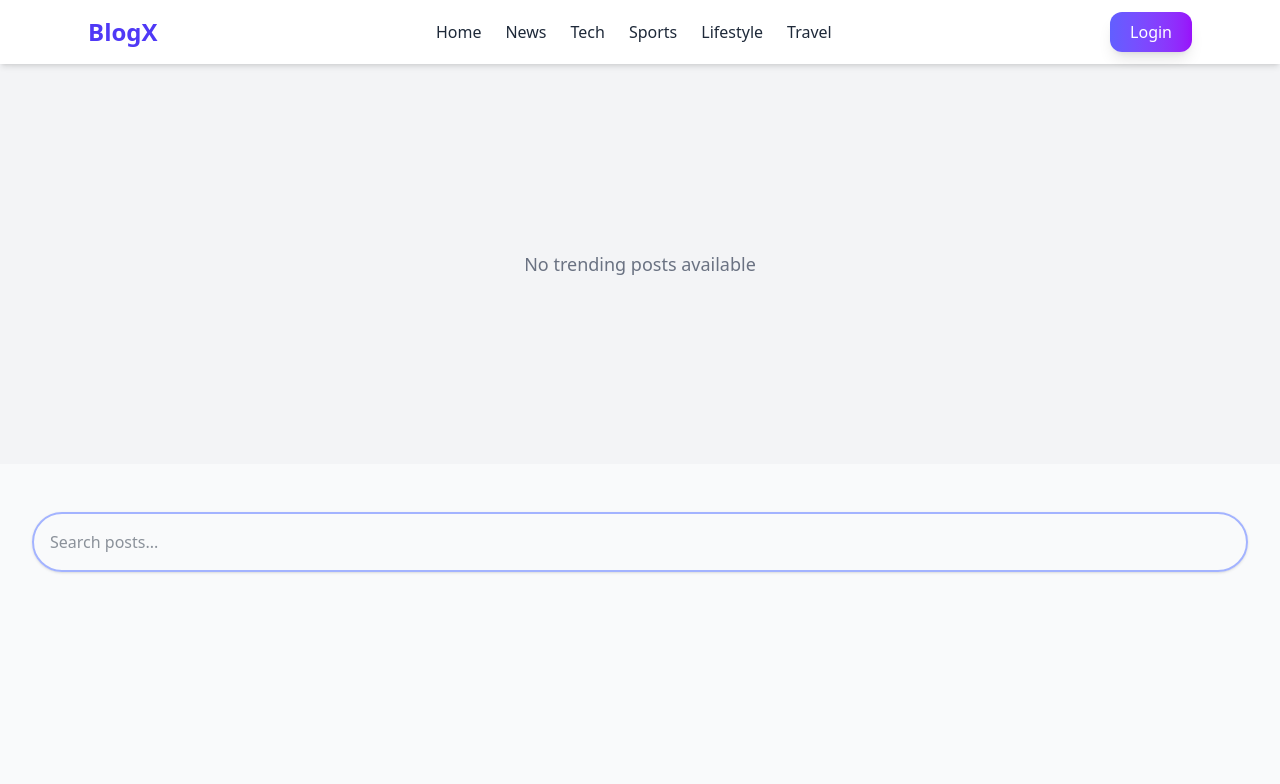
Repository: kundanchouhan12/BlogX
Page: / (app in blogx-Frontend/)
These files come from the project's save history. The page is drawn as it stood at one moment and after the next save; the edit follows.
The browser window is 1280 px wide. The pictures show the whole page.
The page's requests for data from a server got no answer. The project was rebuilt for these pictures with package versions that can differ from the ones it lists, and the page was loaded fresh each time. No one was signed in, and anything a server would have sent is missing. Also part of the build but not shown: blogx-Frontend/vite.config.js, blogx-Frontend/src/pages/Login.jsx, blogx-Frontend/src/pages/Signup.jsx, blogx-Frontend/src/pages/CreatePost.jsx, blogx-Frontend/src/components/PrivateRoute.jsx, blogx-Frontend/src/pages/BlogDetails.css, blogx-Frontend/src/pages/BlogDetails.jsx, blogx-Frontend/src/pages/EditPost.jsx.

Above is the page before, as saved 2025-09-19 19:39:12.

After the next save:
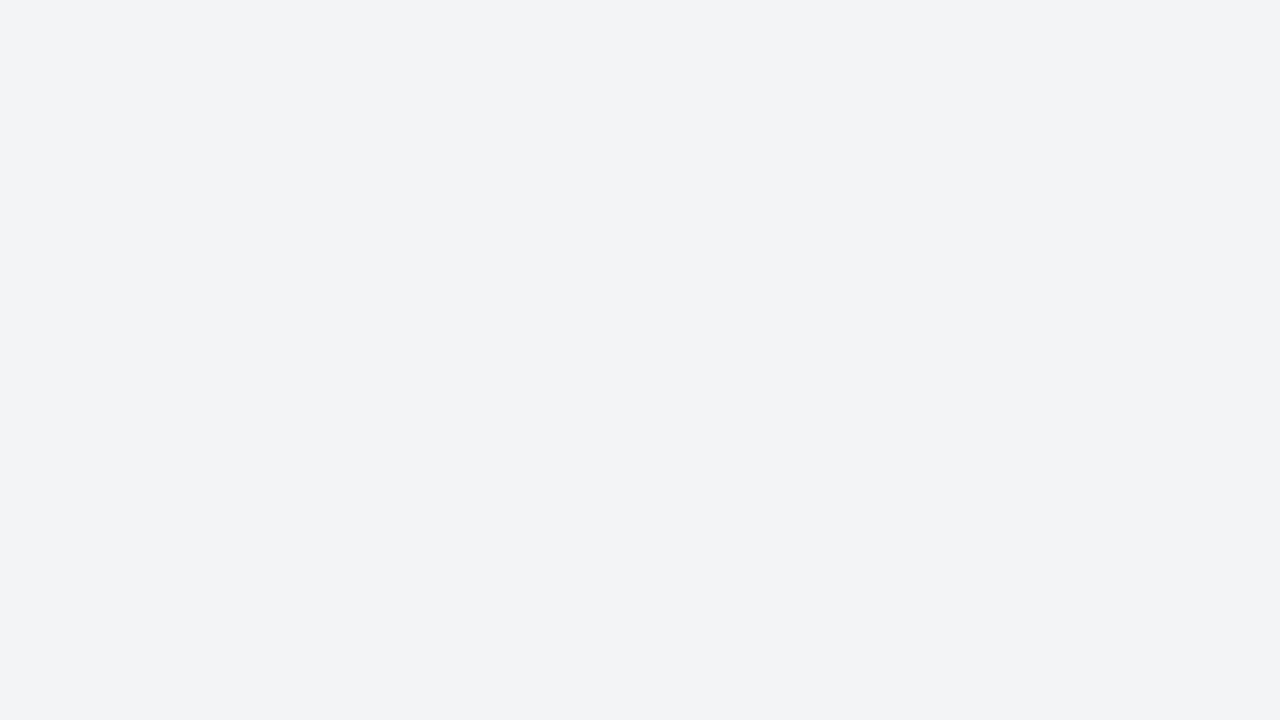
Console error: ReferenceError: Link is not defined
Saved 4 min 5 s later.
--- a/blogx-Frontend/src/pages/Home.jsx
+++ b/blogx-Frontend/src/pages/Home.jsx
@@ -158,7 +158,7 @@
           </div>
         )}
       </div>
+        <Footer />
     </div>
   );
-  <Footer />
 }

After the 2 saves that followed:
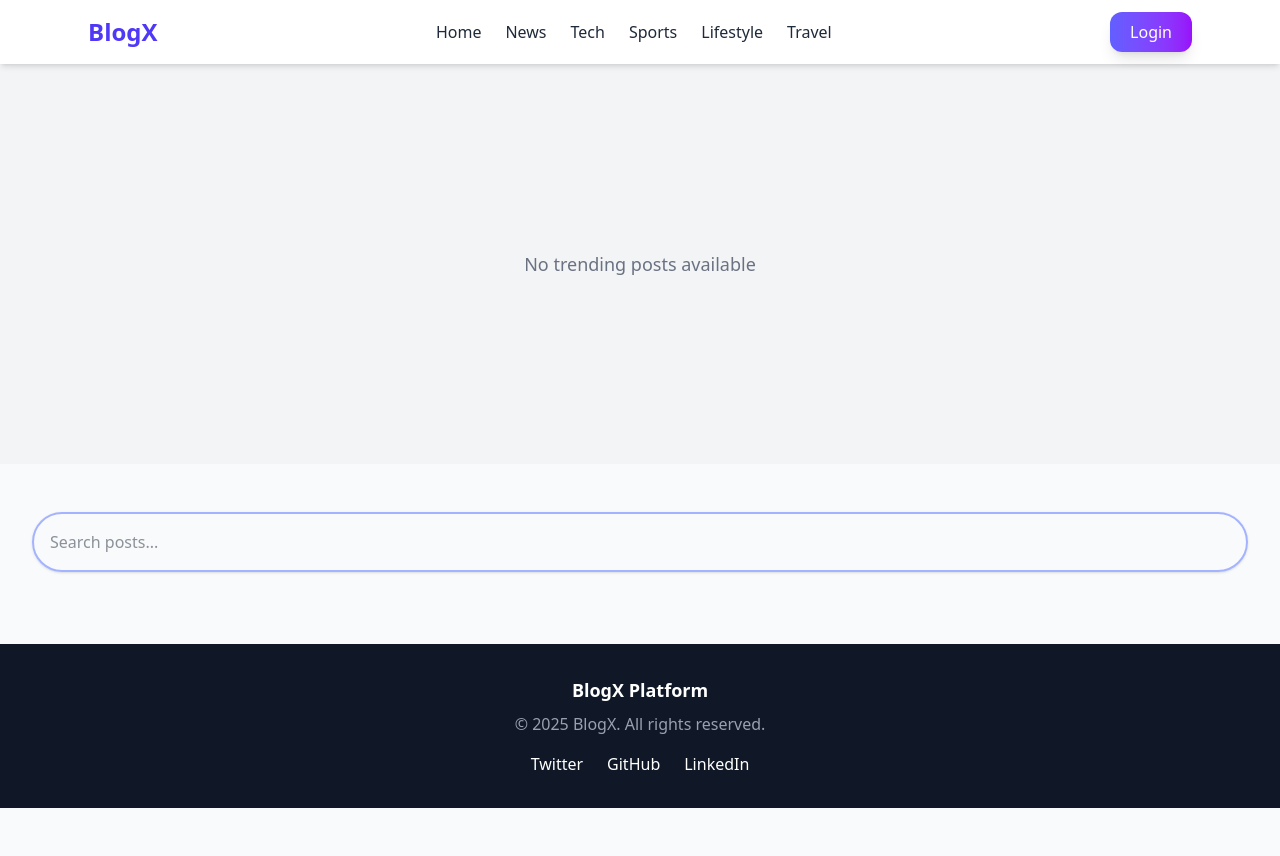
The error is gone.
The 2 saves are shown as one change because 1 left the picture as it was.
The last was saved 2 min 44 s later.
--- a/blogx-Frontend/src/pages/Home.jsx
+++ b/blogx-Frontend/src/pages/Home.jsx
@@ -158,7 +158,8 @@
           </div>
         )}
       </div>
-        <Footer />
+              <Footer />
+
     </div>
   );
 }
--- a/blogx-Frontend/src/components/Footer.jsx
+++ b/blogx-Frontend/src/components/Footer.jsx
@@ -1,56 +1,19 @@
 import React from "react";
 
-const Footer = () => {
+export default function Footer() {
   return (
-    <div>
-      <footer className="mt-16 bg-indigo-700 text-white">
-        <div className="max-w-7xl mx-auto px-6 py-10 grid grid-cols-1 md:grid-cols-3 gap-8">
-          <div>
-            <h3 className="text-xl font-bold mb-2">MyBlog</h3>
-            <p className="text-sm text-indigo-100">
-              Discover stories, share ideas, and connect with the world.
-            </p>
-          </div>
-
-          <div>
-            <h4 className="text-lg font-semibold mb-2">Quick Links</h4>
-            <ul className="space-y-1 text-sm">
-              <li>
-                <Link to="/" className="hover:underline">
-                  Home
-                </Link>
-              </li>
-              <li>
-                <Link to="/create" className="hover:underline">
-                  Create Post
-                </Link>
-              </li>
-              <li>
-                <Link to="/login" className="hover:underline">
-                  Login
-                </Link>
-              </li>
-              <li>
-                <Link to="/signup" className="hover:underline">
-                  Signup
-                </Link>
-              </li>
-            </ul>
-          </div>
-
-          <div>
-            <h4 className="text-lg font-semibold mb-2">Contact</h4>
-            <p className="text-sm text-indigo-100">Email: support@myblog.com</p>
-            <p className="text-sm text-indigo-100">Phone: +91 98765 43210</p>
-          </div>
+    <footer className="bg-gray-900 text-white py-8 mt-12">
+      <div className="max-w-7xl mx-auto px-4 sm:px-6 lg:px-8 text-center">
+        <p className="text-lg font-semibold">BlogX Platform</p>
+        <p className="mt-2 text-gray-400">
+          © {new Date().getFullYear()} BlogX. All rights reserved.
+        </p>
+        <div className="flex justify-center gap-6 mt-4">
+          <a href="https://twitter.com" target="_blank" rel="noreferrer" className="hover:text-indigo-400">Twitter</a>
+          <a href="https://github.com" target="_blank" rel="noreferrer" className="hover:text-indigo-400">GitHub</a>
+          <a href="https://linkedin.com" target="_blank" rel="noreferrer" className="hover:text-indigo-400">LinkedIn</a>
         </div>
-
-        <div className="border-t border-indigo-500 text-center py-4 text-sm text-indigo-200">
-          © {new Date().getFullYear()} MyBlog. All rights reserved.
-        </div>
-      </footer>
-    </div>
+      </div>
+    </footer>
   );
-};
-
-export default Footer;
+}
